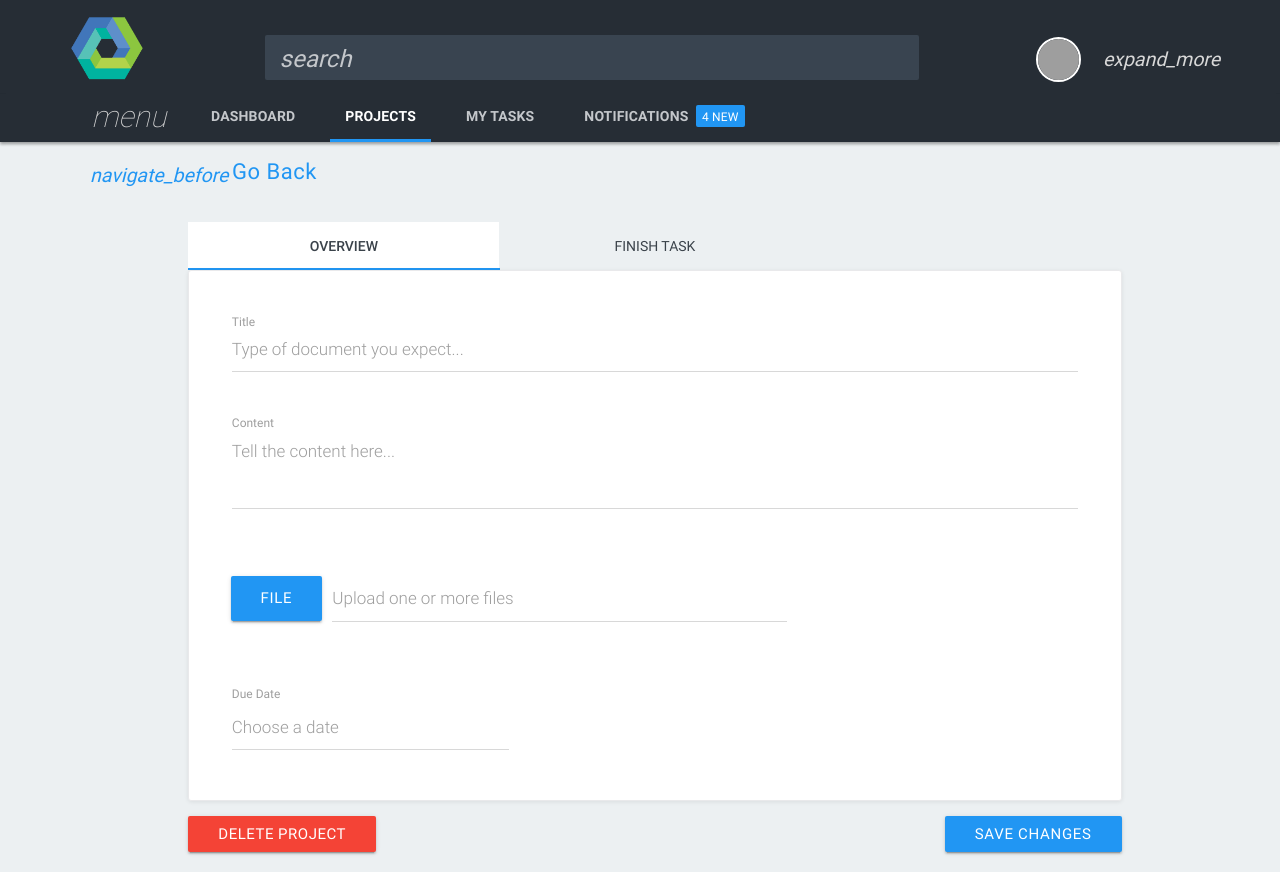
Repository: RenanChagas/ProjectManagement
Page: http://localhost/finalproject/WEB-INF/views/taskDetail.jsp
The author's editor kept a copy of each file at every save. The page is drawn from the files as they stood at one save, then again after the next save.
The browser window is 1280 px wide. The pictures show the whole page.
Pictures or frames that could not be fetched are drawn as grey boxes. The page is served by Tomcat 9. Nobody is signed in. The template is opened directly, without the code that normally fills it, so the values that code supplies are empty.

Above is the page before, as saved 2017-10-25 18:43:54.

After the next save:
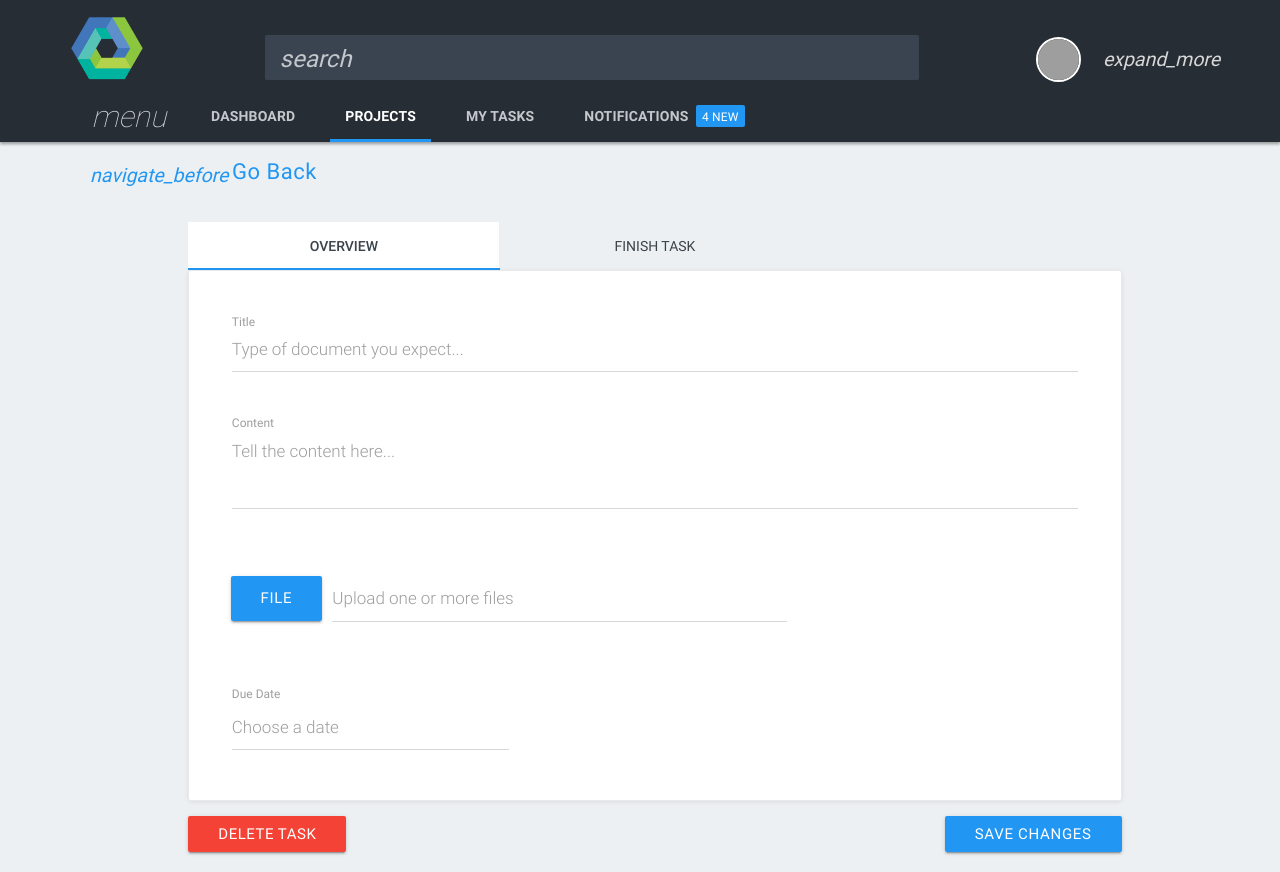
Saved 4 s later.
--- a/finalproject/src/main/webapp/WEB-INF/views/taskDetail.jsp
+++ b/finalproject/src/main/webapp/WEB-INF/views/taskDetail.jsp
@@ -309,7 +309,7 @@
 	        		Save Changes
 	        	</button>
 	        	<a  href="<c:url value="/deleteProject?id=${task.id}" />"
-							class="waves-effect waves-light btn red left">Delete Project</a>
+							class="waves-effect waves-light btn red left">Delete Task</a>
         </div>
         <!-- CONTEUDO -->
 	</div>
